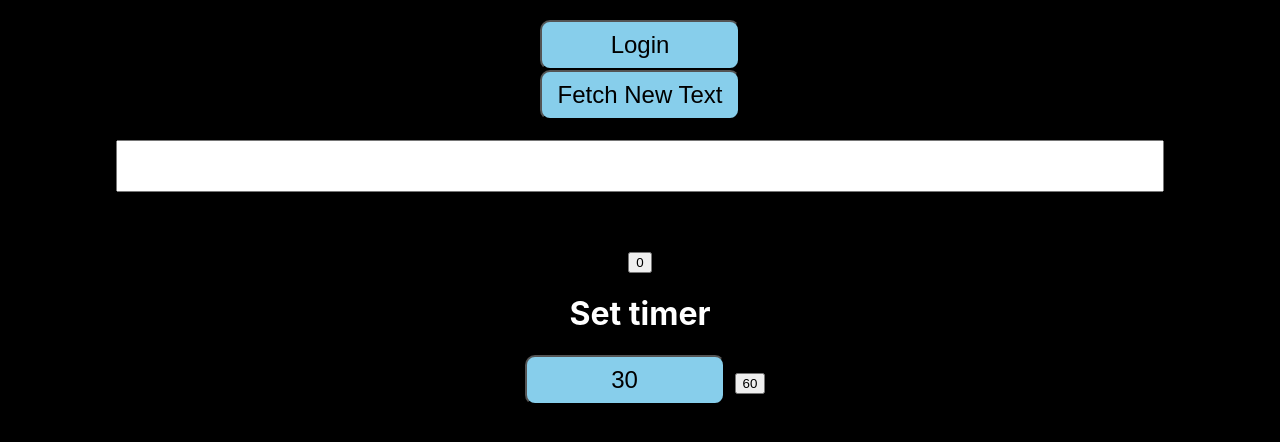
Repository: abhaysharma20233009/swiftKey
Page: / (app in frontend/my-app/)
An editor plug-in stored every save of this project. The page is shown before and after the next save, followed by the edit.
The browser window is 1280 px wide. The pictures show the whole page.
The page's requests for data from a server got no answer. The project was rebuilt for these pictures with package versions that can differ from the ones it lists, and the page was loaded fresh each time. No one was signed in, and anything a server would have sent is missing. Also part of the build but not shown: frontend/my-app/src/Results.js, frontend/my-app/src/Login.js.

Above is the page before, as saved 2024-10-10 14:53:53.

### frontend/my-app/src/App.js
//App.js

import './App.css';
import React from 'react';
import { BrowserRouter as Router, Route, Routes } from 'react-router-dom';
import Swift from './Swifts';
import Results from './Results';
import Login from './Login';
const App = () => {
    return (
        <Router>
			<div className="App">
            <Routes>
                <Route path="/" element={<Swift />} />
                <Route path="/results" element={<Results />} />
                <Route path="/login" element={<Login />} />
            </Routes>
			</div>
        </Router>
    );
};

export default App;

### frontend/my-app/src/App.css
.App {
  text-align: center;
  color:white;
}

body{
  background-color:black;
}

.log{
  color:black;
  margin-left: 10px;
  margin-right: 10px;
  background-color: skyblue;
  border-radius: 10px;
  height:50px;
  width:200px;
  justify-self: end;
  font-size: x-large;
}

### frontend/my-app/src/Swifts.js
import React, { useState, useEffect } from 'react';
import { useNavigate, useLocation } from 'react-router-dom';

function Swifts() {
    const [message, setMessage] = useState('');
    const [inputValue, setInputValue] = useState('');
    const [currentWordIndex, setCurrentWordIndex] = useState(0);
    const [time, setTime] = useState(0);
    const navigate = useNavigate();
    const location = useLocation();

    // Retrieve username from location state
    const username = location.state?.username||'';

    const fetchMessages = async () => {
        try {
            const response = await fetch('http://localhost:7000/random-paragraph');
            const data = await response.json();
            if (data && typeof data === 'string') {
                setMessage(data);
                setInputValue('');
                setCurrentWordIndex(0);
            } else {
                console.error('Invalid data format:', data);
            }
        } catch (error) {
            console.error('Error fetching messages:', error);
        }
    };

    useEffect(() => {
        fetchMessages();
    }, []);

    useEffect(() => {
        if (time > 0) {
            const timer = setTimeout(() => {
                navigate('/results', { state: { currentWordIndex, username } }); // Pass both currentWordIndex and username
            }, time * 1000);

            return () => clearTimeout(timer);
        }
    }, [time, currentWordIndex, navigate, username]);

    const handleInputChange = (e) => {
        const value = e.target.value;
        setInputValue(value);

        const words = message.split(' ');
        const currentWord = words[currentWordIndex];

        if (currentWord && currentWord.startsWith(value.trim())) {
            if (value.trim() === currentWord) {
                setCurrentWordIndex((prevIndex) => prevIndex + 1);
                setInputValue('');
            }
        }
    };

    const words = message.split(' ');
    const currentWord = words[currentWordIndex] || '';

    return (
        <div style={{ textAlign: 'center', marginTop: '20px' }}>
            {username && <h2>Welcome, {username}!</h2>}
            <button className="log" onClick={() => navigate('/login')}>Login</button>
            <br/>
            <button className="log" onClick={fetchMessages}>Fetch New Text</button>
            <br/>
            <input
                type="text"
                value={inputValue}
                onChange={handleInputChange}
                style={{
                    fontSize: '24px',
                    width: '80%',
                    padding: '10px',
                    margin: '20px 0',
                }}
                placeholder={currentWord.slice(inputValue.length)}
            />
            <div style={{ fontSize: '24px', marginTop: '10px' }}>
                {words.map((word, index) => (
                    <span
                        key={index}
                        style={{
                            padding: '0 5px',
                            color: index === currentWordIndex ? 'blue' : 'white',
                            textDecoration: index < currentWordIndex ? 'line-through' : 'none',
                        }}
                    >
                        {word}
                    </span>
                ))}
            </div>
            <button>{currentWordIndex}</button>
            <h1>Set timer</h1>
            <button className="log" onClick={() => setTime(30)}>30</button>
            <button onClick={() => setTime(60)}>60</button>
        </div>
    );
}

export default Swifts;

Loaded but not shown: frontend/my-app/public/index.html (common file); frontend/my-app/src/index.js (common file); frontend/my-app/src/index.css (common file); frontend/my-app/src/reportWebVitals.js (common file)

After the next save:
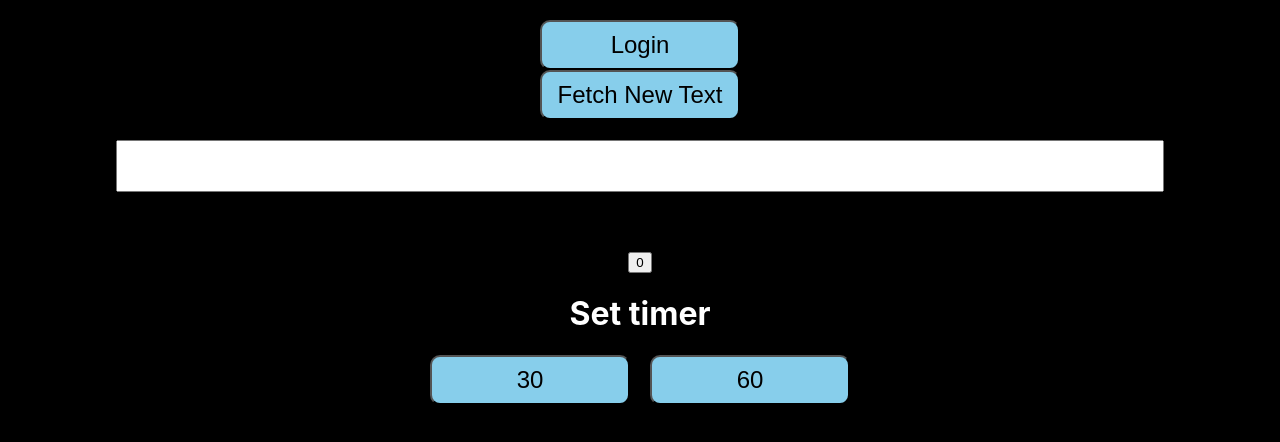
Saved 9 s later.
--- a/frontend/my-app/src/Swifts.js
+++ b/frontend/my-app/src/Swifts.js
@@ -96,7 +96,7 @@ function Swifts() {
             <button>{currentWordIndex}</button>
             <h1>Set timer</h1>
             <button className="log" onClick={() => setTime(30)}>30</button>
-            <button onClick={() => setTime(60)}>60</button>
+            <button className="log" onClick={() => setTime(60)}>60</button>
         </div>
     );
 }
